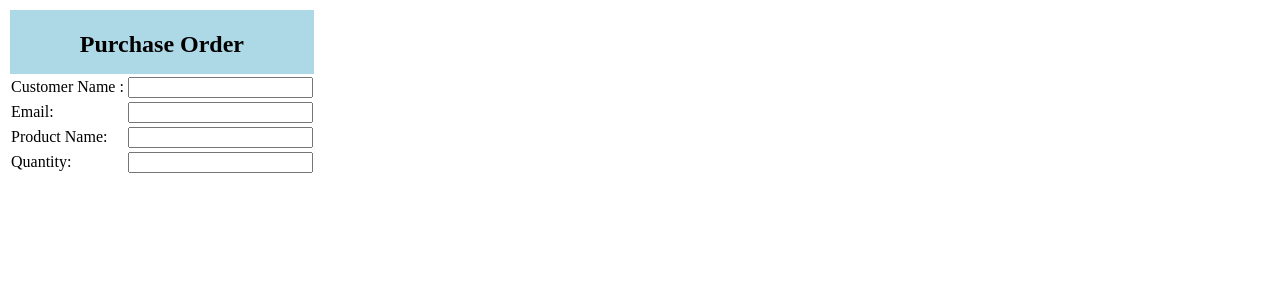
Repository: FatCat0712/JSP
Page: http://localhost/bai_20/
These files come from the project's save history. The page is drawn as it stood at one moment and after the next save; the edit follows.
The browser window is 1280 px wide. The pictures show the whole page.
The page is served by Tomcat 9.

Above is the page before, as saved 2024-04-22 01:26:44.

After the next save:
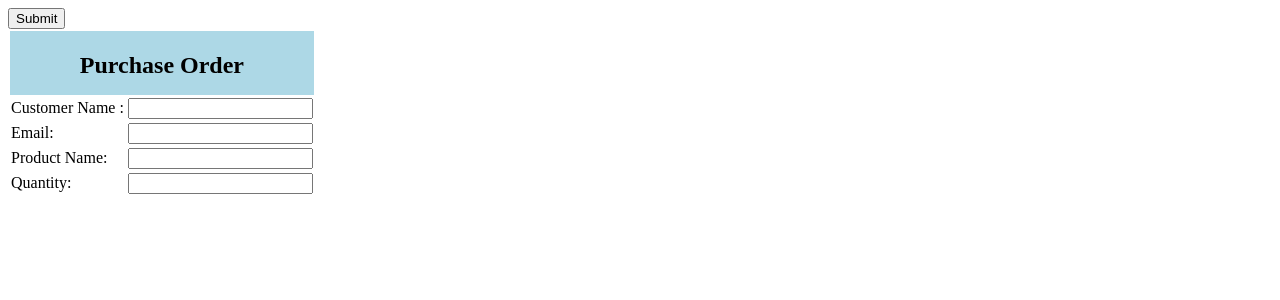
Saved 86 s later.
--- a/bai_20/src/main/webapp/index.jsp
+++ b/bai_20/src/main/webapp/index.jsp
@@ -51,6 +51,9 @@
 				<input type="number" name quantity"/>
 			</td>
 		</tr>
+		<tr>
+			<input type="submit" value="Submit"/>
+		</tr>
 	</table>
 </form>
 
